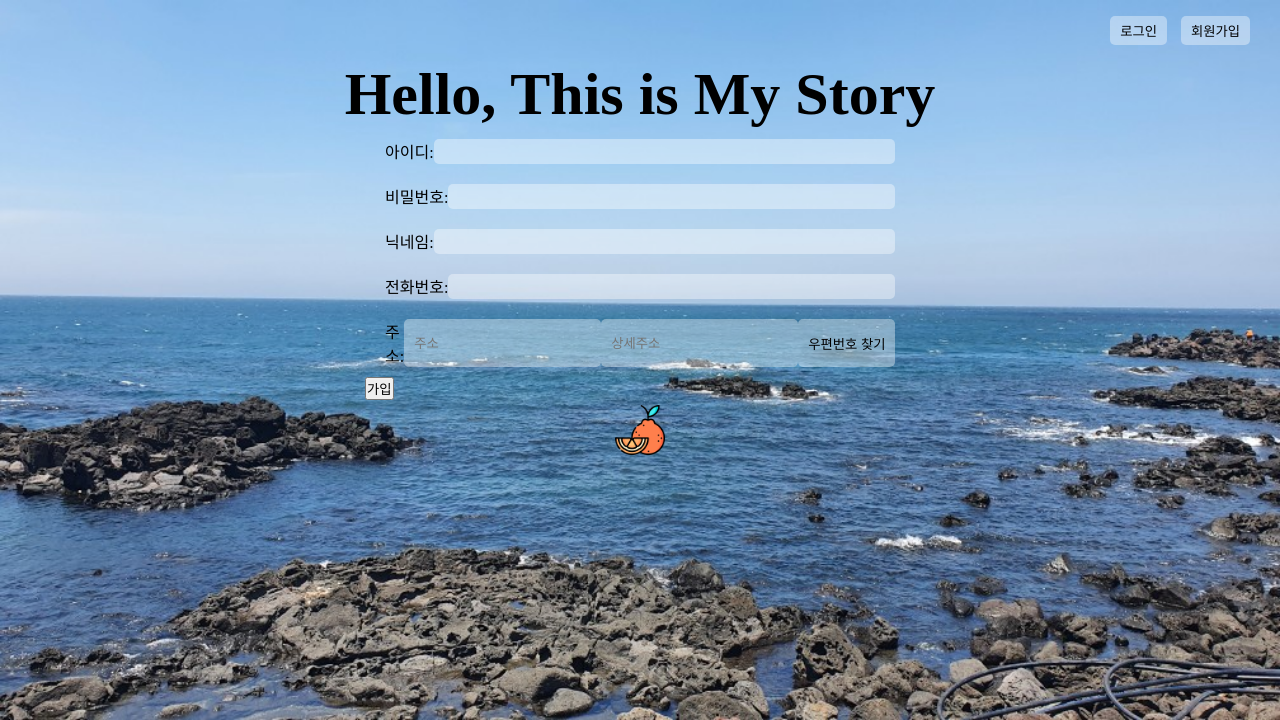
Repository: jeeniii/test2022_12_29
Page: http://localhost/portfolio/mem/join
These files come from the project's save history. The page is drawn as it stood at one moment and after the next save; the edit follows.
The browser window is 1280 px wide. The pictures show the whole page.
The page is served by Tomcat 9. Other server files are loaded and not shown.

Above is the page before, as saved 2022-12-13 07:48:35.

### JSP_Portfolio/portfolio/src/main/webapp/member/join.jsp
<%@ page language="java" contentType="text/html; charset=UTF-8"
    pageEncoding="UTF-8"%>
<!DOCTYPE html>
<html>
<head>
<meta charset="UTF-8">
<title>Insert title here</title>
<link rel="stylesheet" href="/resources/css/join.css" type="text/css">
<%@ include file="/header.jsp" %>
</head>
<body>
<section>
	<form action="/mem/register" method="post">
		<div class="j_put">
		<span>
			아이디:
		</span>
			 <input type="text" name="id" > <br>
		</div>
		<div class="j_put">
			<span>
				비밀번호:
			</span>
				 <input type="password" name="pwd"> <br>
		</div>
		<div class="j_put">
			<span>
				닉네임:
			</span>
				 <input type="text" name="nick_name"> <br>
		</div>
		<div class="j_put">
			<span>
				전화번호:
			</span>
				 <input type="text" name="phone" oninput="hypenTel(this)" maxlength="13"> <br>
		</div>
		<div class="j_put">
		<span>
			주소:
		</span>

				<input type="hidden" id="sample6_postcode" placeholder="우편번호"><br>
				<input type="text" name="addr1" id="sample6_address" placeholder="주소">
				<input type="text" name="addr2" id="sample6_detailAddress" placeholder="상세주소">
				<input type="button" onclick="sample6_execDaumPostcode()" value="우편번호 찾기">
				<input type="hidden" id="sample6_extraAddress" placeholder="참고항목"> <br><br>
		</div>
			<button type="submit">가입</button>
	</form>
</section>
<script src="//t1.daumcdn.net/mapjsapi/bundle/postcode/prod/postcode.v2.js"></script>
<script type="text/javascript">


const hypenTel = (target) => {
	 target.value = target.value
	   .replace(/[^0-9]/g, '')
	   .replace(/^(\d{2,3})(\d{3,4})(\d{4})$/, `$1-$2-$3`);
}

function sample6_execDaumPostcode() {
    new daum.Postcode({
        oncomplete: function(data) {
            var addr = '';
            var extraAddr = '';

            if (data.userSelectedType === 'R') {
                addr = data.roadAddress;
            } else {
                addr = data.jibunAddress;
            }

            if(data.userSelectedType === 'R'){
                if(data.bname !== '' && /[동|로|가]$/g.test(data.bname)){
                    extraAddr += data.bname;
                }
                if(data.buildingName !== '' && data.apartment === 'Y'){
                    extraAddr += (extraAddr !== '' ? ', ' + data.buildingName : data.buildingName);
                }
                if(extraAddr !== ''){
                    extraAddr = ' (' + extraAddr + ')';
                }
                document.getElementById("sample6_extraAddress").value = extraAddr;

            } else {
                document.getElementById("sample6_extraAddress").value = '';
            }

            document.getElementById('sample6_postcode').value = data.zonecode;
            document.getElementById("sample6_address").value = addr;
            document.getElementById("sample6_detailAddress").focus();
        }
    }).open();
}
</script>
<%@ include file="/footer.jsp" %>
</body>
</html>

### JSP_Portfolio/portfolio/src/main/webapp/header.jsp
<%@ page language="java" contentType="text/html; charset=UTF-8"
    pageEncoding="UTF-8"%>
    <%@ taglib uri="http://java.sun.com/jsp/jstl/core" prefix="c" %>
<!DOCTYPE html>
<html>
<head>
<meta charset="UTF-8">

<link rel="stylesheet" href="/resources/css/header.css" type="text/css">
</head>
<body>
	<header>
		<div class="realHeader">
			<div class="headbar">
				<ul>

					<c:if test="${ses.id ne null }">
						<li>
							${ses.nick_name }님
						</li>
						<li>
							<a href="/mem/logout?id=${ses.id }"><button type="button">로그아웃</button></a>
						</li>
						<li>
							<a href="/mem/modify?id=${ses.id }"><button type="button">회원정보수정</button></a>
						</li>
					</c:if>

					<c:if test="${ses.id eq null }">
						<li>
							<a href="/mem/login"><button type="button">로그인</button></a>
						</li>
						<li>
							<a href="/mem/join"><button type="button"> 회원가입</button></a>
						</li>
					</c:if>
				</ul>
			</div>
		</div>
		<div class="topic">
			<h1>Hello, This is My Story</h1>
		</div>
	</header>
</body>
</html>

### JSP_Portfolio/portfolio/src/main/webapp/footer.jsp
<%@ page language="java" contentType="text/html; charset=UTF-8"
    pageEncoding="UTF-8"%>
    <%@ taglib uri="http://java.sun.com/jsp/jstl/core" prefix="c" %>
<!DOCTYPE html>
<html>
<head>
<meta charset="UTF-8">
<title>Insert title here</title>
<link rel="stylesheet" href="/resources/css/footer.css" type="text/css">
</head>
<body>
<footer>
		<a href="/" id="hanlabtn"><button type="button"><img src="/resources/한라봉.png" id="hanlabong"></button></a>
</footer>
</body>
</html>

### JSP_Portfolio/portfolio/src/main/java/controller/MemberController.java
package controller;

import java.io.IOException;
import java.util.List;

import javax.servlet.RequestDispatcher;
import javax.servlet.ServletException;
import javax.servlet.annotation.WebServlet;
import javax.servlet.http.HttpServlet;
import javax.servlet.http.HttpServletRequest;
import javax.servlet.http.HttpServletResponse;
import javax.servlet.http.HttpSession;

import org.slf4j.Logger;
import org.slf4j.LoggerFactory;

import domain.MemberVO;
import service.MemberService;
import service.MemberServiceImpl;

@WebServlet("/mem/*")
public class MemberController extends HttpServlet {
	private static final long serialVersionUID = 1L;
	private Logger log=LoggerFactory.getLogger(MemberController.class);
    private MemberService msv;
    private RequestDispatcher rdp;
    private String destPage;
    private int isOk;

    public MemberController() {
    	msv=new MemberServiceImpl();
    }

	protected void service(HttpServletRequest req, HttpServletResponse res) throws ServletException, IOException {
		req.setCharacterEncoding("utf-8");
		res.setCharacterEncoding("utf-8");
		res.setContentType("text/html; charset=utf-8");

		String uri=req.getRequestURI();
		String path=uri.substring(uri.lastIndexOf("/")+1);
		log.info("uri>> "+uri);
		log.info("path>> "+path);

		switch(path) {
		case "login":
			destPage="/member/login.jsp";
			break;

		case "join":
			destPage="/member/join.jsp";

			break;

		case "register":
			try {
				log.info("register check1");
				MemberVO mvo=new MemberVO(
						req.getParameter("id"),
						req.getParameter("pwd"),
						req.getParameter("nick_name"),
						req.getParameter("phone"),
						req.getParameter("addr1")+req.getParameter("addr2"));
				System.out.println(mvo.getId()=="");
				System.out.println(mvo.getPwd()=="");
				System.out.println(mvo.getNick_name()=="");
				System.out.println(mvo.getPhone()=="");
				if(
						mvo.getId()==""||
						mvo.getPwd()==""||
						mvo.getNick_name()==""||
						mvo.getPhone()=="") {
					log.info("Resend check");
					req.setAttribute("msg_register", false);
					//res.sendRedirect("/");
					destPage="/";
					//return;
				}else {
					isOk=msv.register(new MemberVO(
							req.getParameter("id"),
							req.getParameter("pwd"),
							req.getParameter("nick_name"),
							req.getParameter("phone"),
							req.getParameter("addr1").concat(", ").concat(req.getParameter("addr2"))));
					//concate으로 addr1과 addr2를 이어 붙이면서 그 가운데에 ", "도 더해준다.
					if(isOk>0) {
						req.setAttribute("msg_register", true);
					}
					log.info("register check4");
					destPage="/";
				}
			} catch (Exception e) {
				log.info("register error");
				e.printStackTrace();
			}
			break;

		case "login_auth": //실제 로그인이 일어나는 케이스
			try {
				MemberVO mvo=msv.login(new MemberVO(req.getParameter("id"),req.getParameter("pwd")));
				log.info("login check");
				if(mvo != null) {
					//세션 가져오기. 연결된 세션이 없다면 새로 생성
					HttpSession ses=req.getSession();
					//ses로 mvo를 바인딩
					ses.setAttribute("ses", mvo);
					ses.setMaxInactiveInterval(10*60);
					req.setAttribute("msg_login", true);
				}else {
					req.setAttribute("msg_login", false);
				}
				destPage="/";
			} catch (Exception e) {
				log.info("login_auth error");
				e.printStackTrace();
			}
			break;

		case "logout":
			try {
				HttpSession ses=req.getSession();
				ses.invalidate(); //무효화하다
				//로그인 정보 id를 주고 로그인 시간 update
				isOk=msv.lastLogin(req.getParameter("id"));
				log.info("check1");
				log.info("logout>> :"+(isOk>0?"Ok":"Fail"));
				destPage="/";
			} catch (Exception e) {
				log.info("logout error");
				e.printStackTrace();
			}
			break;

		case "list":
			try {
				log.info("list 1");
				List<MemberVO> list=msv.getList();
				req.setAttribute("list", list);
				log.info("list 4");
				destPage="/member/list.jsp";
			} catch (Exception e) {
				log.info("list error");
				e.printStackTrace();
			}
			break;

		case "modify":
			try {
				log.info("modify1");
				String id=req.getParameter("id");
				MemberVO mvo=msv.modify(id);
				req.setAttribute("mvo", mvo);
				log.info("modify4");
				destPage="/member/modify.jsp";
			} catch (Exception e) {
				log.info("modify error");
				e.printStackTrace();
			}
			break;

		case "update":
			try {
				log.info("update1");
				String id=req.getParameter("id");
				String pwd=req.getParameter("pwd");
				String nick_name=req.getParameter("nick_name");
				String phone=req.getParameter("phone");
				String addr=req.getParameter("addr1").concat(", ").concat(req.getParameter("addr2"));
				MemberVO mvo=new MemberVO(id,pwd,nick_name,phone,addr);
				isOk=msv.update(mvo);
				log.info("update4");
				if(isOk>0) {
					HttpSession ses=req.getSession();
					ses.setAttribute("ses", mvo);
					ses.setMaxInactiveInterval(10*60);
				}else {
					req.setAttribute("msg_update", 0);
				}
				log.info("controller update> "+(isOk>0?"ok":"fail"));
				destPage="/";
			} catch (Exception e) {
				log.info("update error");
				e.printStackTrace();
			}
			break;

		case "remove":
			try {
				log.info("remove1");
				String id=req.getParameter("id");
				HttpSession ses=req.getSession();
				ses.invalidate();
				isOk=msv.remove(id);
				destPage="/";
				log.info("remove4");
			} catch (Exception e) {
				log.info("remove error");
				e.printStackTrace();
				break;

			}
		default:
			break;
		}

		rdp=req.getRequestDispatcher(destPage);
		rdp.forward(req, res);
	}

	protected void doGet(HttpServletRequest request, HttpServletResponse response) throws ServletException, IOException {
		service(request, response);
	}

	protected void doPost(HttpServletRequest request, HttpServletResponse response) throws ServletException, IOException {
		service(request, response);
	}

}

### JSP_Portfolio/portfolio/src/main/java/service/MemberServiceImpl.java
package service;

import java.util.List;

import org.slf4j.Logger;
import org.slf4j.LoggerFactory;

import domain.MemberVO;
import repository.MemberDAO;
import repository.MemberDAOImpl;

public class MemberServiceImpl implements MemberService {
	private static final Logger log=LoggerFactory.getLogger(MemberServiceImpl.class);
	private MemberDAO mdao;

	public MemberServiceImpl() {
		mdao=new MemberDAOImpl();
	}

	@Override
	public int register(MemberVO mvo) {
		log.info("register check2");
		return mdao.insert(mvo);
	}

	@Override
	public MemberVO login(MemberVO mvo) {
		log.info("login check2");
		return mdao.selectOne(mvo);
	}

	@Override
	public int lastLogin(String id) {
		log.info("logout check2");
		return mdao.update(id);
	}

	@Override
	public List<MemberVO> getList() {
		log.info("list check2");
		return mdao.seletList();
	}

	@Override
	public MemberVO modify(String id) {
		log.info("modify check2");
		return mdao.modify(id);
	}

	@Override
	public int update(MemberVO mvo) {
		log.info("update check2");
		return mdao.update(mvo);
	}

	@Override
	public int remove(String id) {
		log.info("remove2");
		return mdao.delete(id);
	}

}

### JSP_Portfolio/portfolio/src/main/java/repository/MemberDAO.java
package repository;

import java.util.List;

import domain.MemberVO;

public interface MemberDAO {

	int insert(MemberVO mvo);

	MemberVO selectOne(MemberVO mvo);

	int update(String id);

	List<MemberVO> seletList();

	MemberVO modify(String id);

	int update(MemberVO mvo);

	int delete(String id);

}

### JSP_Portfolio/portfolio/src/main/java/repository/MemberDAOImpl.java
package repository;


import java.util.List;

import org.apache.ibatis.session.SqlSession;
import org.slf4j.Logger;
import org.slf4j.LoggerFactory;

import domain.MemberVO;
import orm.DataBaseBuilder;

public class MemberDAOImpl implements MemberDAO {
	private static final Logger log=LoggerFactory.getLogger(MemberDAOImpl.class);
	private SqlSession sql;
	private final String NS="MemberMapper.";

	public MemberDAOImpl() {
		new DataBaseBuilder();
		sql=DataBaseBuilder.getFactory().openSession();
	}

	@Override
	public int insert(MemberVO mvo) {
		log.info("check");
		int isOk=sql.insert(NS+"add",mvo);
		if(isOk>0) {
			sql.commit();
		}
		log.info("register check3");
		return isOk;
	}

	@Override
	public MemberVO selectOne(MemberVO mvo) {
		log.info("login check3");
		return sql.selectOne(NS+"login",mvo);
	}

	@Override
	public int update(String id) {
		int isOk=sql.update(NS+"last",id);
		if(isOk>0) {
			sql.commit();
		}
		log.info("logout check3");
		return isOk;
	}

	@Override
	public List<MemberVO> seletList() {
		log.info("list check3");
		return sql.selectList(NS+"list");
	}

	@Override
	public MemberVO modify(String id) {
		log.info("modify check3");
		return sql.selectOne(NS+"modify",id);
	}

	@Override
	public int update(MemberVO mvo) {
		int isOk=sql.update(NS+"update",mvo);
		if(isOk>0) {
			sql.commit();
		}
		log.info("update check3");
		return isOk;
	}

	@Override
	public int delete(String id) {
		log.info("remove3");
		int isOk=sql.delete(NS+"delete",id);
		if(isOk>0) {
			sql.commit();
		}
		return isOk;
	}

}

### JSP_Portfolio/portfolio/src/main/java/orm/DataBaseBuilder.java
package orm;

import org.apache.ibatis.io.Resources;
import org.apache.ibatis.session.SqlSessionFactory;
import org.apache.ibatis.session.SqlSessionFactoryBuilder;

public class DataBaseBuilder {
	private static SqlSessionFactory factory;

	static {
		try {
			factory=new SqlSessionFactoryBuilder().build(Resources.getResourceAsReader("orm/MybatisConfig.xml"));
		} catch (Exception e) {
			System.out.println("mybatis error");
			e.printStackTrace();
		}
	}
	public static SqlSessionFactory getFactory() {
		return factory;
	}

}

### JSP_Portfolio/portfolio/src/main/java/domain/MemberVO.java
package domain;

public class MemberVO {
	/*create table member3 (
	id varchar(100) not null,
	pwd varchar(100) not null,
	nick_name varchar(100) not null,
	reg_at datetime default current_timestamp,
	last_login datetime not null,
	primary key(id));*/
	private String id;
	private String pwd;
	private String nick_name;
	private String phone;
	private String addr;
	private String reg_at;
	private String last_login;

	public MemberVO() {}

	//login(id,pwd)
	public MemberVO(String id,String pwd) {
		this.id=id;
		this.pwd=pwd;
	}
	//join,modify(id,pwd,nick_name)
	public MemberVO(String id,String pwd,String nick_name,String phone,String addr) {
		this.id=id;
		this.pwd=pwd;
		this.nick_name=nick_name;
		this.phone=phone;
		this.addr=addr;
	}
	//list(all)
	public MemberVO(String id,String pwd,String nick_name,String phone,String addr,String reg_at,String last_login) {
		this.id=id;
		this.pwd=pwd;
		this.nick_name=nick_name;
		this.phone=phone;
		this.addr=addr;
		this.reg_at=reg_at;
		this.last_login=last_login;
	}

	public String getId() {
		return id;
	}

	public void setId(String id) {
		this.id = id;
	}

	public String getPwd() {
		return pwd;
	}

	public void setPwd(String pwd) {
		this.pwd = pwd;
	}

	public String getNick_name() {
		return nick_name;
	}

	public void setNick_name(String nick_name) {
		this.nick_name = nick_name;
	}

	public String getReg_at() {
		return reg_at;
	}

	public void setReg_at(String reg_at) {
		this.reg_at = reg_at;
	}

	public String getLast_login() {
		return last_login;
	}

	public void setLast_login(String last_login) {
		this.last_login = last_login;
	}

	public String getPhone() {
		return phone;
	}

	public void setPhone(String phone) {
		this.phone = phone;
	}

	public String getAddr() {
		return addr;
	}

	public void setAddr(String addr) {
		this.addr = addr;
	}

}

### JSP_Portfolio/portfolio/src/main/java/domain/BoardVO.java
package domain;

public class BoardVO {
	private int bno;
	private String title;
	private String writer;
	private String content;
	private String reg_date;
	private int read_count;
	private String image_file;

	public BoardVO() {}

	//insert(title,writer,content)
	public BoardVO(String title,String writer,String content) {
		this.title=title;
		this.writer=writer;
		this.content=content;
	}
	//list(bno,title,writer,reg_date,read_count)
	public BoardVO(int bno,String title,String writer,String reg_date,int read_count) {
		this.bno=bno;
		this.title=title;
		this.writer=writer;
		this.reg_date=reg_date;
		this.read_count=read_count;
	}
	//update(bno,title,content)
	public BoardVO(int bno,String title,String content) {
		this.bno=bno;
		this.title=title;
		this.content=content;
	}
	//count(bno,read_count)
	public BoardVO(int bno,int read_count) {
		this.bno=bno;
		this.read_count=read_count;
	}

	public int getBno() {
		return bno;
	}

	public void setBno(int bno) {
		this.bno = bno;
	}

	public String getTitle() {
		return title;
	}

	public void setTitle(String title) {
		this.title = title;
	}

	public String getWriter() {
		return writer;
	}

	public void setWriter(String writer) {
		this.writer = writer;
	}

	public String getContent() {
		return content;
	}

	public void setContent(String content) {
		this.content = content;
	}

	public String getReg_date() {
		return reg_date;
	}

	public void setReg_date(String reg_date) {
		this.reg_date = reg_date;
	}

	public int getRead_count() {
		return read_count;
	}

	public void setRead_count(int read_count) {
		this.read_count = read_count;
	}

	public String getImage_file() {
		return image_file;
	}

	public void setImage_file(String image_file) {
		this.image_file = image_file;
	}

}

### JSP_Portfolio/portfolio/src/main/java/domain/PagingVO.java
package domain;

public class PagingVO {
	private int pageNo;
	private int qty;

	public PagingVO() {
		this(1,5);
	}

	public PagingVO(int pageNo,int qty) {
		this.pageNo=pageNo;
		this.qty=qty;
	}

	public int getPageStart() {
		return (this.pageNo-1)*qty;
	}

	public void setPageNo(int pageNo) {
		this.pageNo = pageNo;
	}

	public int getQty() {
		return qty;
	}

	public void setQty(int qty) {
		this.qty = qty;
	}

	public int getPageNo() {
		return pageNo;
	}

}

### JSP_Portfolio/portfolio/src/main/webapp/resources/css/join.css
@charset "UTF-8";
form{
	width:550px;
	margin: 0 auto;
	padding: 0px;
}
section{
}
.j_put{
	display: inline-flex;
	width: 100%;
	padding: 10px 20px;
}
.j_put>input{
	flex: 1 1 0%;
	border: 0px;
	padding: 5px 10px;
	border-radius: 5px;
	background-color: rgba(255, 255, 255, 0.377);
}

### JSP_Portfolio/portfolio/src/main/webapp/resources/css/header.css
@charset "UTF-8";
* {
    margin: 0;
    padding: 0;
    box-sizing: border-box;
}
body{
	width:100%;
	height:100%;
	background-image: url("/resources/제주 바다.jpg");
	background-repeat: no-repeat;
	background-size: cover;
}
.topic{
	text-align: center;
	font-size: 30px;
}
.realHeader{
	height: 60px;
}
.headbar{
	display: flex;
	align-items: center;
	float: right;
	padding: 0px 30px;
	height: 60px;
}
.headbar>ul{
    list-style-type: none;
}
.headbar>ul>li{
	display: inline;;
	margin-left: 10px;
	line-height: 30px;
	vertical-align: middle;
}
.headbar>ul>li>a{
	font-size: 20px;
	font-weight: 700px;
	color: black;
    text-decoration-line:none ;
}
button[type="button"]{
	border: 0px;
	padding: 5px 10px;
	border-radius: 5px;
	background-color: rgba(255, 255, 255, 0.377);
}

### JSP_Portfolio/portfolio/src/main/webapp/resources/css/footer.css
@charset "UTF-8";
#hanlabong{
    width: 50px;
    height: 50px;
}

#hanlabtn{
	background-color: transparent;
	border:none;
	cursor: pointer;
}
#hanlabtn button{
	background-color: transparent;
	border:none;
	cursor: pointer;

}
#hanlabtn:hover{
	transform:scale(1.5);
  	transition: transform .5s;
}
footer{
	width: 100%;
	display: flex;
	justify-content: center;
}

After the next save:
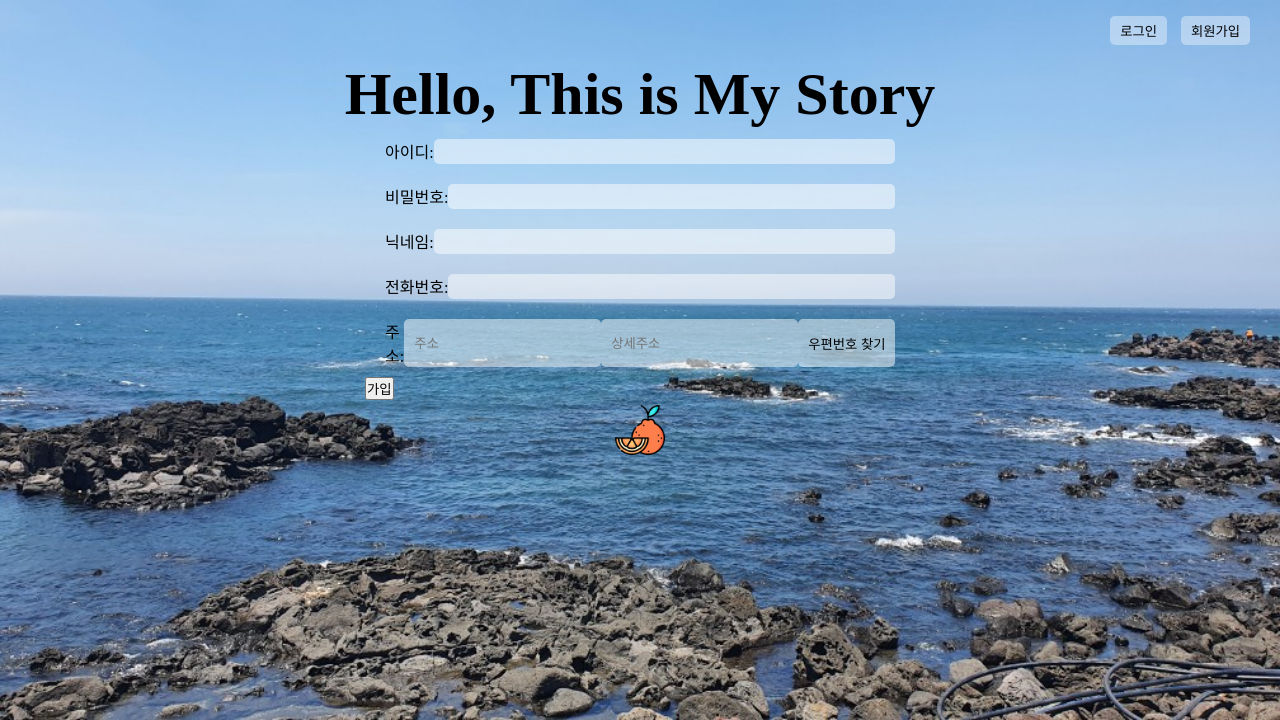
Saved 59 s later.
--- a/JSP_Portfolio/portfolio/src/main/webapp/resources/css/join.css
+++ b/JSP_Portfolio/portfolio/src/main/webapp/resources/css/join.css
@@ -16,5 +16,5 @@ section{
 	border: 0px;
 	padding: 5px 10px;
 	border-radius: 5px;
-	background-color: rgba(255, 255, 255, 0.377);
+	background-color: rgba(255, 255, 255, 0.503);
 }
